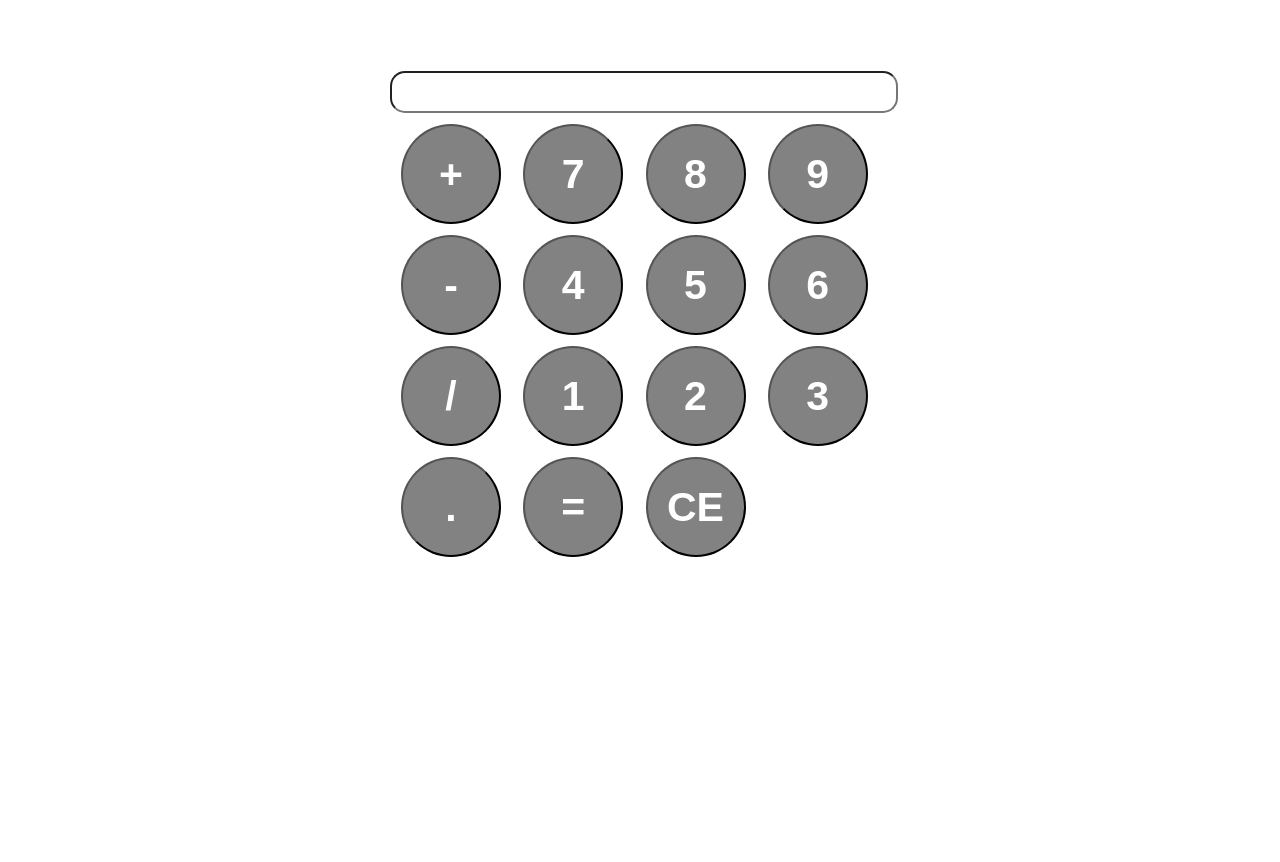
Repository: rkrukshan/JS-Calculator
Page: index.html
These files come from the project's save history. The page is drawn as it stood at one moment and after the next save; the edit follows.
The browser window is 1280 px wide. The pictures show the whole page.

Above is the page before, as saved 2024-09-02 13:35:09.

### index.html
<!DOCTYPE html>
<html lang="en">

<head>
    <meta charset="UTF-8">
    <meta name="viewport" content="width=device-width, initial-scale=1.0">
    <title>Document</title>
    <link rel="stylesheet" href="style.css">
</head>

<body>
    <div id="calculator">
        <input id="screen" readonly>
        <div id="buttons">

            <button onclick="appendScreen('+')">+</button>
            <button onclick="appendScreen('7')">7</button>
            <button onclick="appendScreen('8')">8</button>
            <button onclick="appendScreen('9')">9</button>
            <button onclick="appendScreen('-')">-</button>
            <button onclick="appendScreen('4')">4</button>
            <button onclick="appendScreen('5')">5</button>
            <button onclick="appendScreen('6')">6</button>
            <button onclick="appendScreen('/')">/</button>
            <button onclick="appendScreen('1')">1</button>
            <button onclick="appendScreen('2')">2</button>
            <button onclick="appendScreen('3')">3</button>
            <button onclick="appendScreen('.')">.</button>
            <button onclick="appendScreen('=')">=</button>
            <button onclick="appendScreen('CE')">CE</button>

        </div>
    </div>
</body>

</html>

### style.css
#calculator {
  display: flexbox;
  align-items: center;
  height: 100vh;
  justify-content: center;
  border: none;
  max-width: 500px;
  margin: auto;
  padding: 5% 0;
}
#screen {
  width: 100%;
  height: 5%;
  color: white;
  border-radius: 15px;
}
#buttons {
  display: grid;
  grid-template-columns: repeat(4, 1fr);
  gap: 11px;
  padding: 11px;
}
button{
    width: 100px;
    height: 100px;
    border-radius: 50px;
    color: white;
    background-color: hsl(0, 0%,51%);
    font-size: 41px;
    font-weight: bold;
}

After the next save:
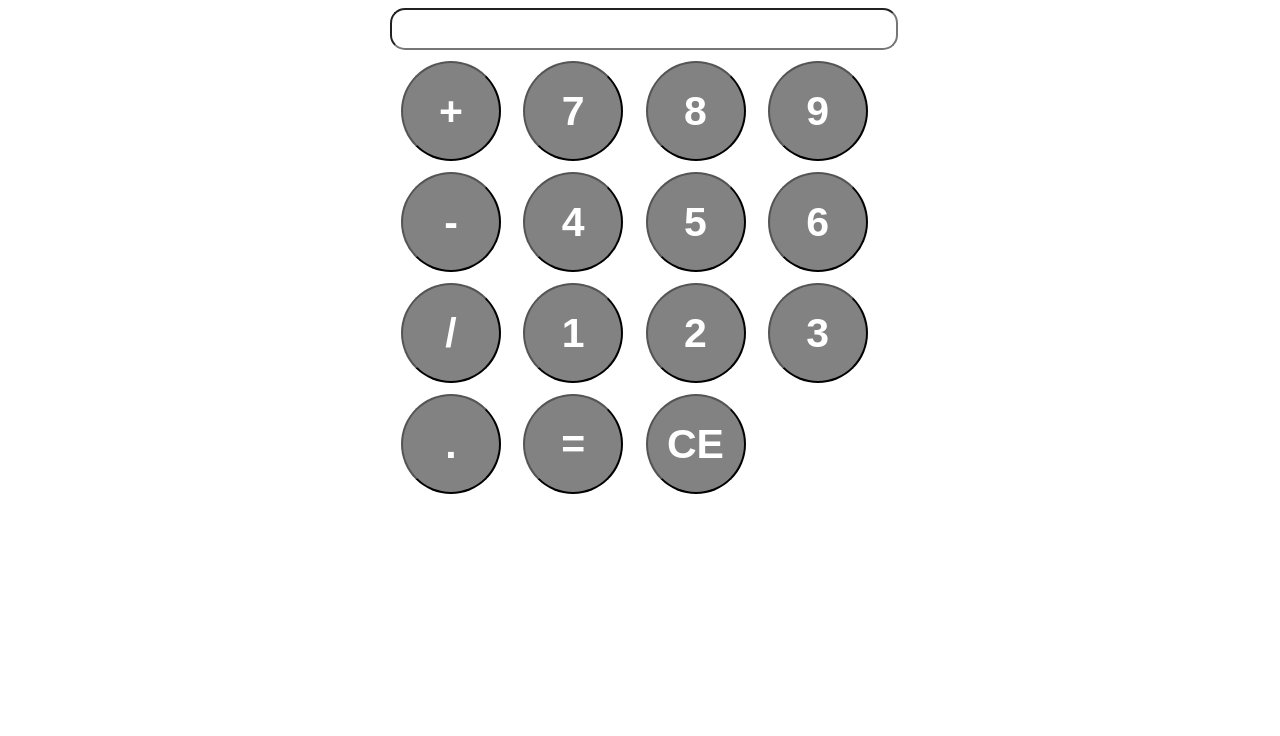
Saved 9 s later.
--- a/style.css
+++ b/style.css
@@ -6,7 +6,7 @@
   border: none;
   max-width: 500px;
   margin: auto;
-  padding: 5% 0;
+  padding: 5 0;
 }
 #screen {
   width: 100%;

After the 2 saves that followed:
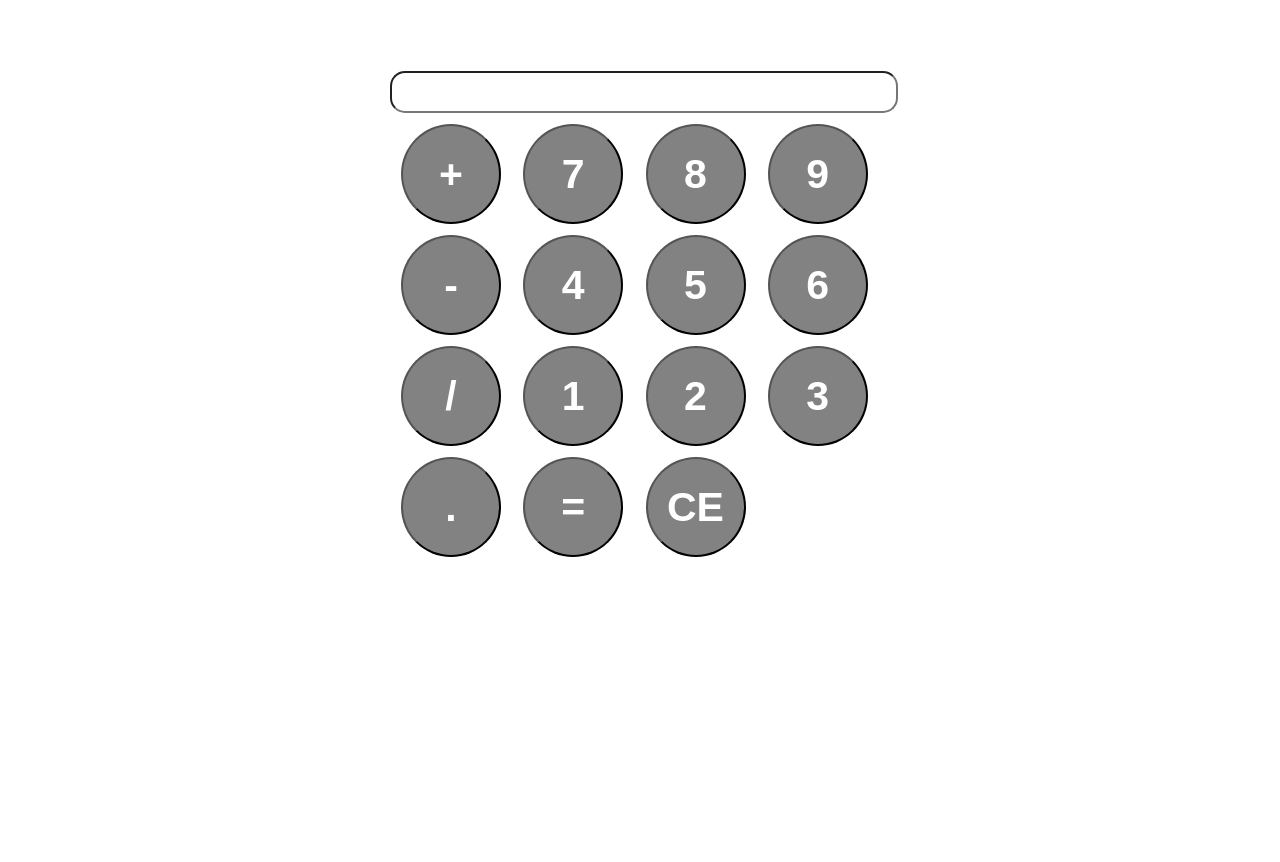
The 2 saves are shown as one change because they came seconds apart.
The last was saved 8 s later.
--- a/style.css
+++ b/style.css
@@ -6,7 +6,7 @@
   border: none;
   max-width: 500px;
   margin: auto;
-  padding: 5 0;
+  padding: 5% 0;
 }
 #screen {
   width: 100%;
@@ -20,12 +20,12 @@
   gap: 11px;
   padding: 11px;
 }
-button{
-    width: 100px;
-    height: 100px;
-    border-radius: 50px;
-    color: white;
-    background-color: hsl(0, 0%,51%);
-    font-size: 41px;
-    font-weight: bold;
+button {
+  width: 100px;
+  height: 100px;
+  border-radius: 50px;
+  color: white;
+  background-color: hsl(0, 0%, 51%);
+  font-size: 41px;
+  font-weight: bold;
 }
